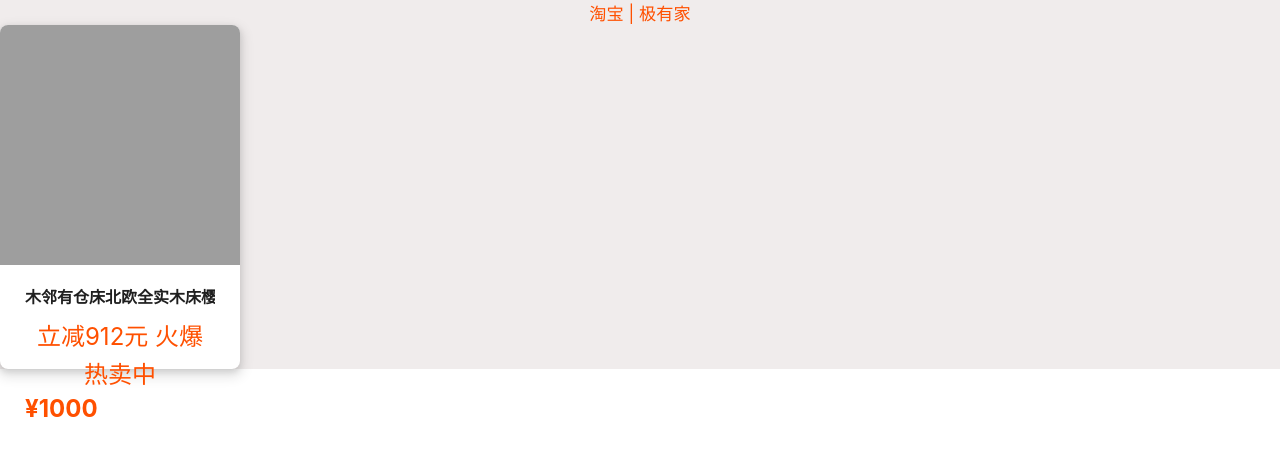
Repository: Nic98/Taobao-practice
Page: /
These files come from the project's save history. The page is drawn as it stood at one moment and after the next save; the edit follows.
The browser window is 1280 px wide. The pictures show the whole page.
The pointer rests on the first visible `.ant-card-hoverable`.
Pictures or frames that could not be fetched are drawn as grey boxes. The project was rebuilt for these pictures with package versions that can differ from the ones it lists, and the page was loaded fresh each time. Also part of the build but not shown: webpack.config.js.

Above is the page before, as saved 2024-09-22 17:33:25.

### src/index.tsx
import React from 'react';
import ReactDOM from 'react-dom/client';
import './Styles/index.css';
import App from './App.tsx';

const root: ReactDOM.Root = ReactDOM.createRoot(document.getElementById('root') as HTMLElement);
root.render(
  <React.StrictMode>
    <App />
  </React.StrictMode>
);

// If you want to start measuring performance in your app, pass a function
// to log results (for example: reportWebVitals(console.log))
// or send to an analytics endpoint. Learn more: https://bit.ly/CRA-vitals

### src/App.tsx
import React from 'react';
import './Styles/App.scss';
import ProductCard from './Components/ProductCard.tsx';

const App: React.FC = () => {
  return (
    <div className="App">

      <header className="App-header">
        <div className="header-text">淘宝 | 极有家 </div>
      </header>

      <div className="contents">
        <div className="sector">
          <ProductCard
            image={"https://os.alipayobjects.com/rmsportal/QBnOOoLaAfKPirc.png"}
            title={"木邻有仓床北欧全实木床樱桃木日式双人高箱体收纳储物床小户型"}
            promotion={"立减912元 火爆热卖中"}
            price={1000}
          />
        </div>
      </div>

    </div>
  );
}

export default App;

### src/Styles/App.scss
$taobao-color: #ff5000;

.App {
  text-align: center;
  background-color: #f0ecec;
}

// .App-header {
//   min-height: 100vh;
//   display: flex;
//   flex-direction: column;
//   align-items: center;
//   justify-content: center;
//   font-size: calc(10px + 2vmin);
//   color: white;
// }

.header-text {
  color: $taobao-color;
  font-size:calc(10px + 1vmin);
}

### src/Components/ProductCard.tsx
import React from 'react';
import '../Styles/Card.scss';
import { Card } from 'antd';

const { Meta } = Card;

interface DescCardProps {
  image: string;
  title: string;
  promotion: string;
  price: number;
}

export default function ProductCard(props: DescCardProps) {
  const { image, title, promotion, price } = props;
  return (
    <Card
      className="card"
      hoverable
      style={{ width: 240, height:344 }}
      cover={<img alt="example" src={image} style={{ width: 240, height: 240 }} />}
    >
      <Meta title={title} description={promotion} />
      <div className='price'> {"¥" + price} </div>
    </Card>
  );
}

### src/Styles/Card.scss
$taobao-color: #ff5000;

.ant-card-hoverable:hover{
  font-size: 150%;
}

.ant-card-meta-detail {
  display: flex;
  flex-direction: column;
  align-items: start;
  .ant-card-meta-description {
    color: $taobao-color;
  }
}

.price {
  color: $taobao-color;
  font-size: 1.5rem;
  font-weight: bold;
  position: relative;
  float: left;
}

Loaded but not shown: public/index.html (common file); src/Styles/index.css (common file); public/manifest.json (common file)

After the next save:
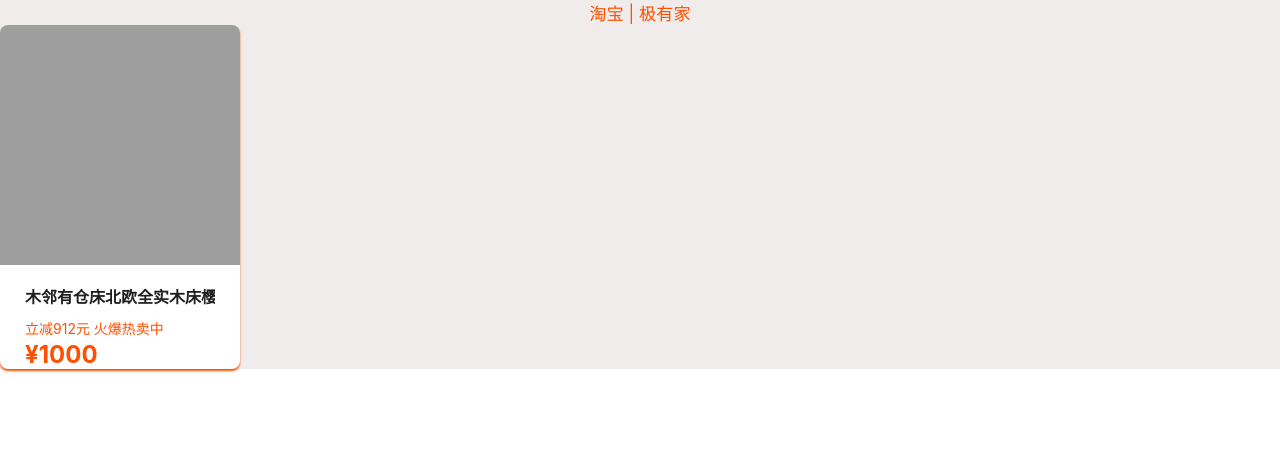
Saved 8 s later.
--- a/src/Styles/Card.scss
+++ b/src/Styles/Card.scss
@@ -1,7 +1,7 @@
 $taobao-color: #ff5000;
 
 .ant-card-hoverable:hover{
-  font-size: 150%;
+  box-shadow: 0 2px 2px #ff5000;
 }
 
 .ant-card-meta-detail {
